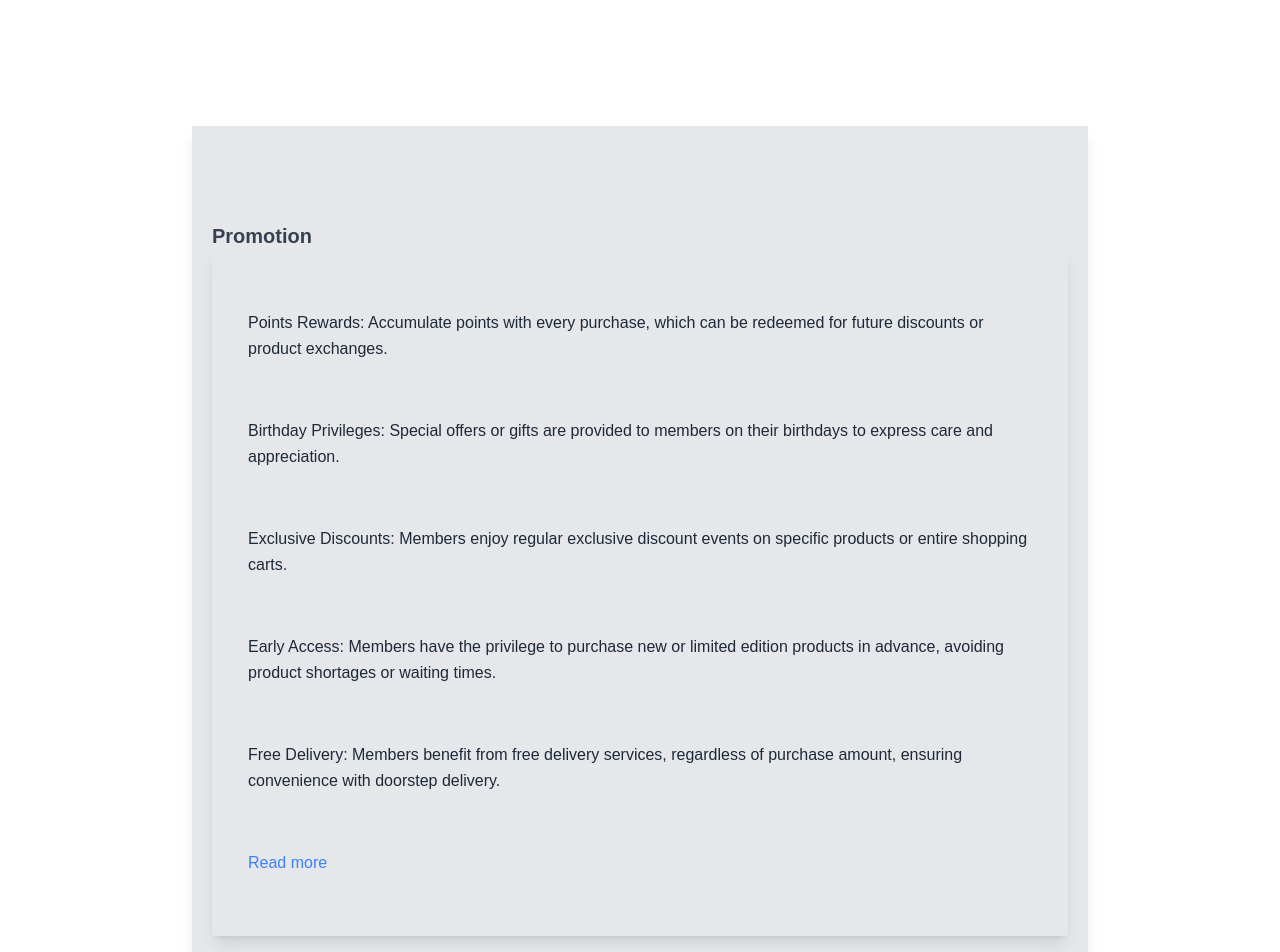
Repository: Harris132451/Final-Project-eShop
Page: /products/0.6MM THINLY WRAPPED PORK DUMPLING
These files come from the project's save history. The page is drawn as it stood at one moment and after the next save; the edit follows.
The browser window is 1280 px wide. The pictures show the part of the page from y = 896 to 1848 px (the page is 2263 px tall).
The page's requests for data from a server got no answer. The project was rebuilt for these pictures with package versions that can differ from the ones it lists, and the page was loaded fresh each time. No one was signed in, and anything a server would have sent is missing. Also part of the build but not shown: src/Page/Component/controlNum.js, src/Page/Component/PCinCart.js, src/Page/Component/SC.js, src/Page/Component/Slider.js, src/Page/Component/Loading/Loader.css, src/Page/Home.js, src/Page/Component/TPinCart.js, src/Page/Checkout.js and 5 more.

Above is the page before, as saved 2024-04-14 23:22:57.

After the next save:
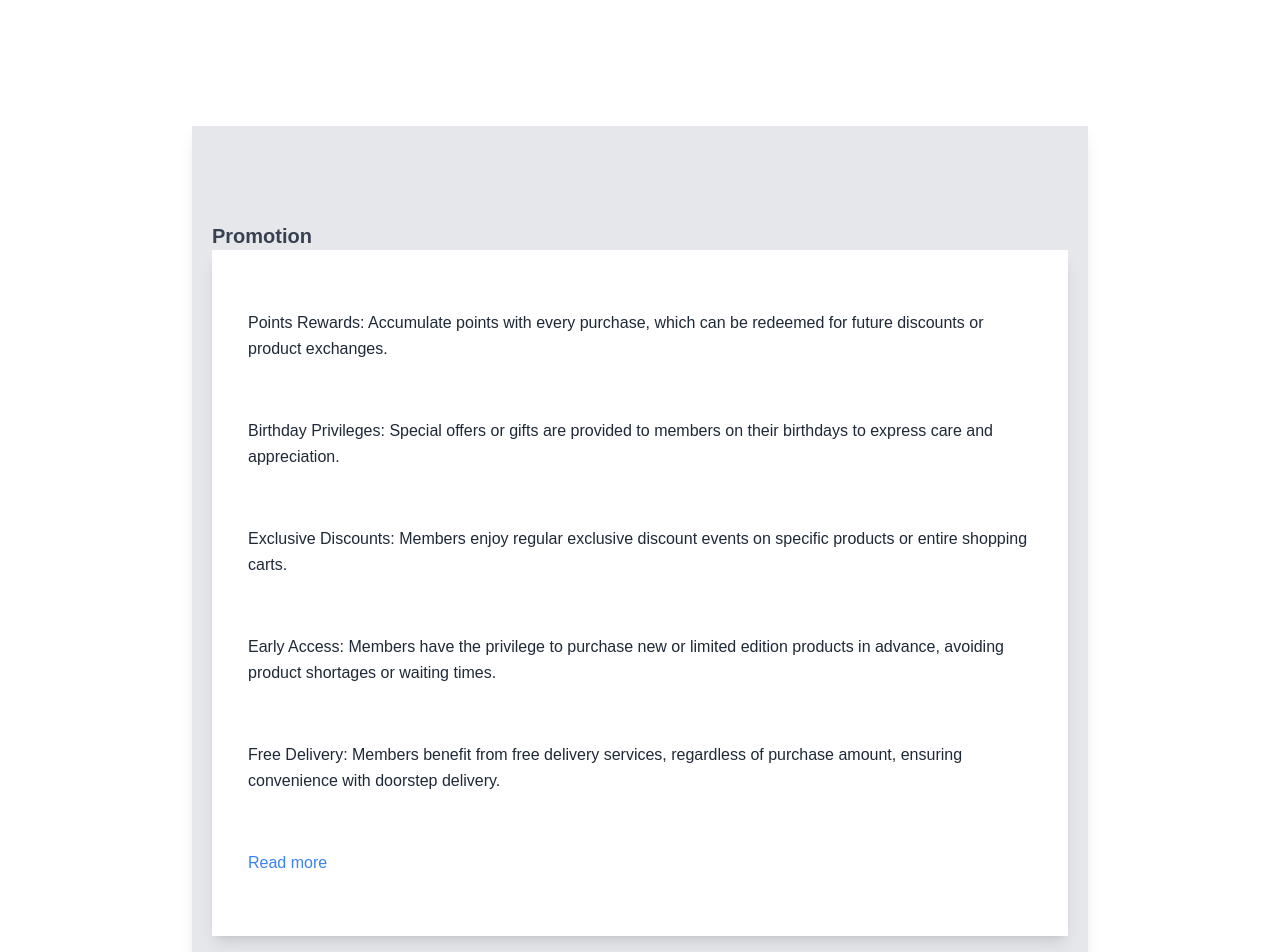
Saved 23 s later.
--- a/src/Page/Component/productPromotion.js
+++ b/src/Page/Component/productPromotion.js
@@ -21,7 +21,7 @@ function ProductPromotion() {
   ];
 
   return (
-    <div className="container px-5 py-5 mx-auto bg-white-200 shadow-lg max-w-4xl truncate inline-block">
+    <div className="container px-5 py-5 mx-auto bg-white shadow-lg max-w-4xl truncate inline-block">
 
         {promoContent.slice(0, expanded ? promoContent.length : 5).map((content, index) => (
           <div key={index} className="product-promotion-item my-6 leading-relaxed text-gray-800 truncate transition duration-500 hover:bg-gray-100 hover:text-blue-500 hover:shadow-lg rounded-lg p-4 whitespace-normal">{content}</div>
